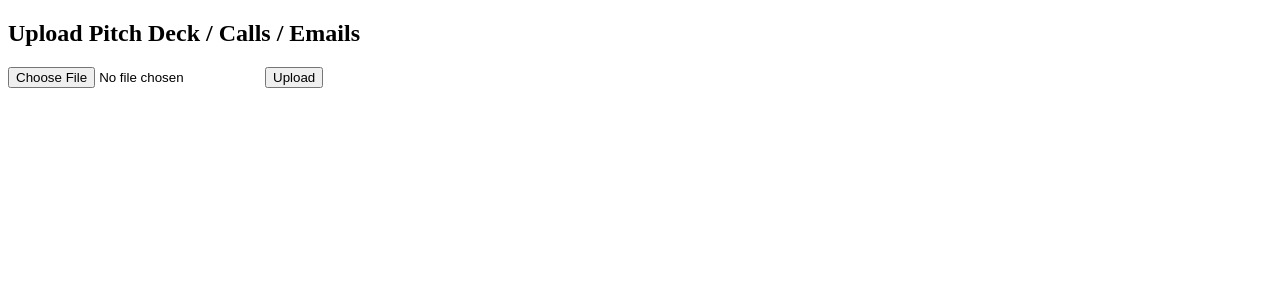
Repository: rahultammu/Hack
Page: index.html
The author's editor kept a copy of each file at every save. The page is drawn from the files as they stood at one save, then again after the next save.
The browser window is 1280 px wide. The pictures show the whole page.

Above is the page before, as saved 2025-09-11 18:31:04.

After the next save:
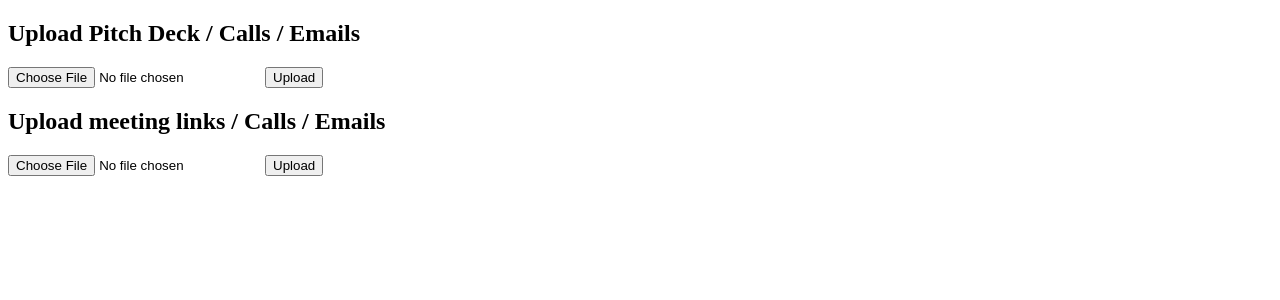
Saved 23 h 23 min later.
--- a/index.html
+++ b/index.html
@@ -9,5 +9,13 @@
       <input type="file" name="file" />
       <button type="submit">Upload</button>
     </form>
+
+    <h2>Upload meeting links / Calls / Emails</h2>
+    <form action="http://127.0.0.1:5000/upload" method="post" enctype="multipart/form-data">
+      <input type="file" name="file" />
+      <button type="submit">Upload</button>
+    </form>
+
+
   </body>
 </html>

After the save that followed:
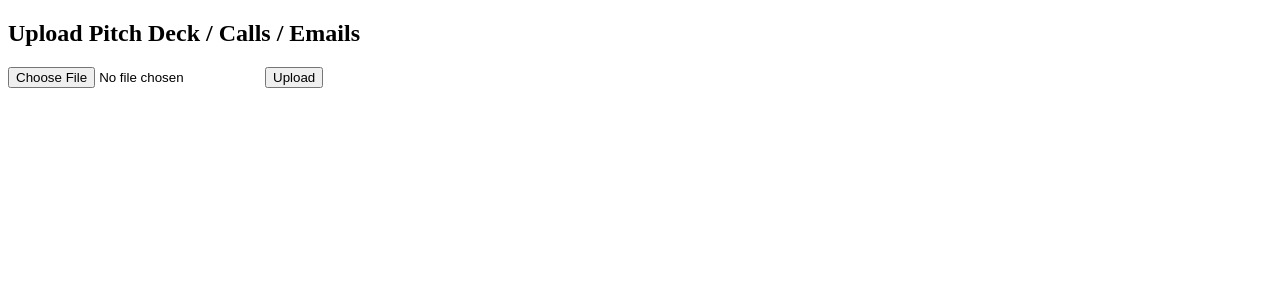
Saved 18 s later.
--- a/index.html
+++ b/index.html
@@ -10,12 +10,5 @@
       <button type="submit">Upload</button>
     </form>
 
-    <h2>Upload meeting links / Calls / Emails</h2>
-    <form action="http://127.0.0.1:5000/upload" method="post" enctype="multipart/form-data">
-      <input type="file" name="file" />
-      <button type="submit">Upload</button>
-    </form>
-
-
   </body>
 </html>
